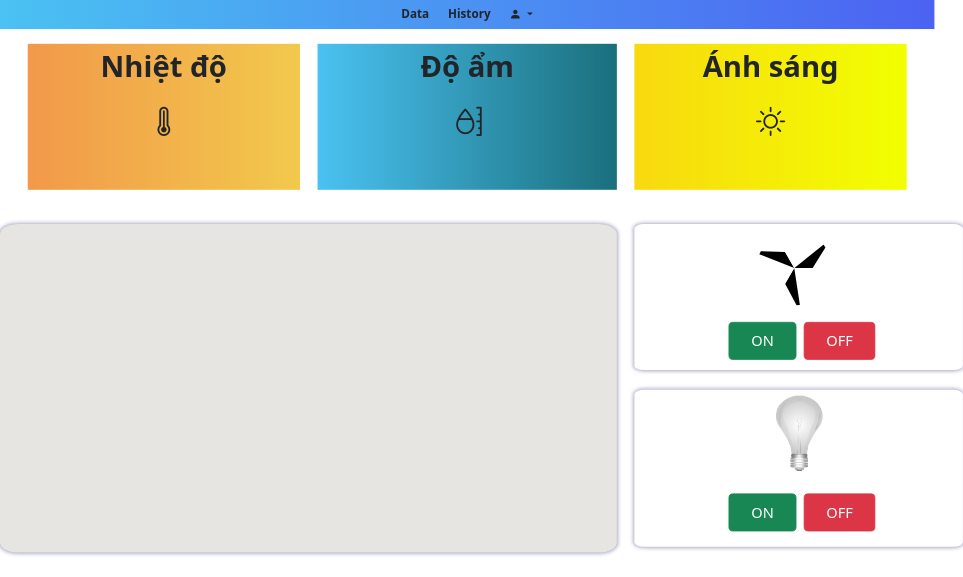
Repository: ndmq03102002/BTL_IOT
Page: Fontend_IOT/iot/index.html
These files come from the project's save history. The page is drawn as it stood at one moment and after the next save; the edit follows.
The browser window is 1280 px wide. The page is 1319 px wide, then 1280 px, then 1319 px, so the pictures cover 1319 px, including what lies to the right of the window. The pictures show the whole page, at 73% of full size.
The page's requests for data from a server got no answer.

Above is the page before, as saved 2023-11-04 20:29:21.

### Fontend_IOT/iot/index.html
<!DOCTYPE html>
<html lang="en">
<head>
    <meta charset="UTF-8">
    <meta name="viewport" content="width=device-width, initial-scale=1.0">
    <title>Document</title>
    <link rel="stylesheet" href="style.css">
    <link rel="stylesheet" href="bootstrap/css/bootstrap.css">
    <script src="https://cdnjs.cloudflare.com/ajax/libs/Chart.js/2.9.4/Chart.js"></script>
    <!-- <script src="https://kit.fontawesome.com/1be2f108e2.js" crossorigin="anonymous"></script> -->
    <link rel="stylesheet" href="https://cdn.jsdelivr.net/npm/bootstrap-icons@1.10.5/font/bootstrap-icons.css">
    <!-- <link rel="stylesheet" href="https://cdnjs.cloudflare.com/ajax/libs/font-awesome/6.0.0/css/all.min.css" integrity="sha512-9usAa10IRO0HhonpyAIVpjrylPvoDwiPUiKdWk5t3PyolY1cOd4DSE0Ga+ri4AuTroPR5aQvXU9xC6qOPnzFeg==" crossorigin="anonymous" referrerpolicy="no-referrer" />  -->
</head>
<header style="width: 100%; height: 40px; margin :auto;background: linear-gradient(to right, #4ac2f2, #4c62f2)">
    <div class="col-sm-12 data">
        <a href="data.html" class="btn" style="font-weight: bold;">Data</a>
        <a href="history.html" class="btn" style="font-weight: bold;">History</a>
        <div class="btn-group" >
            <a class="btn btn-white dropdown-toggle"  href="#" role="button" data-bs-toggle="dropdown" aria-expanded="false">
                <i class="bi bi-person-fill"></i>
            </a>
            <ul class="dropdown-menu">
                <li><a href="javascript:" class="dropdown-item"><i class="bi bi-person"></i> MSV: B20DCCN567</a></li>
                <li><a href="javascript:" class="dropdown-item"><i class="bi bi-phone"></i> Phone: 0961264306</a></li>
                <li><a href="message.html" class="dropdown-item"><i class="bi bi-envelope"></i> Email: Nguyendinhmanhquynh@gmail.com</a></li>
            </ul>
          </div>
    </div>
</header>
<body>
     <div  style="background-color:white;height:700px; margin-bottom: 50px;">
        <div class="row">
            <div  class="col-sm-4 col-pd"style="padding-left: 50px;" >
                <div class="block1 block-size">
                        <p >Nhiệt độ</p>
                        <p style="display: inline; " class="count1"></p>
                        <span><i class="bi bi-thermometer-high"></i></span>
                </div>
            </div>
            <div class="col-sm-4 col-pd">
                <div class="block2 block-size">
                    <p> Độ ẩm</p>
                    <p style="display: inline;" class="count2"></p>
                    <span> <i class="bi bi-moisture"></i></span>
                </div>
            </div>
            <div class="col-sm-4 col-pd" style="padding-right: 50px;">
                <div class="block3 block-size">
                    <p>Ánh sáng</p>
                    <p style="display: inline;" class="count3"></p>
                    <span> <i class="bi bi-brightness-high"></i></span>
                </div>
            </div>

            <div class="col-sm-8" >
                <div class="block" style="height: 450px;width: auto; float:right;">
                    <canvas id="myChart" style="border-radius: 3%; width:100%;height: 100%;background-color: rgb(231, 229, 226);"></canvas>
                </div>
            </div>

            <div class="col-sm-4 ">
                <div class="block block-size" style=" background-color: white; height: 200px; width: 450px; float: left; display: flex; justify-content: center; align-items: center;">
                    <div class="fan">
                        <div class="blade blade-1"></div>
                        <div class="blade blade-2"></div>
                        <div class="blade blade-3"></div>
                        <div class="stand"></div>
                    </div>
                    <div class="button" style="margin-top:120px; margin-right: 120px;">
                        <button class="btn btn-success onLed1 " style="--bs-btn-padding-y: 10px; --bs-btn-padding-x: 30px; --bs-btn-font-size: 20px; ">ON</button>
                         <button class="btn btn-danger offLed1"  style="--bs-btn-padding-y: 10px; --bs-btn-padding-x: 30px; --bs-btn-font-size: 20px;">OFF</button>
                    </div>
                </div>
                <div class="block block-size" style="background-color: white; margin-bottom: 20px; height: 215px; width: 450px; float: left; display: flex; justify-content: center; align-items: center;">
                    <div class="light" >
                        <img src="image/light_off.png" class="img1"/>
                    </div>
                    <div class="button"  style="margin-top:120px; margin-right: 120px;">
                        <button class="btn btn-success onLed2 "  style="--bs-btn-padding-y: 10px; --bs-btn-padding-x: 30px; --bs-btn-font-size: 20px; ">ON</button>
                         <button class="btn btn-danger offLed2"  style="--bs-btn-padding-y: 10px; --bs-btn-padding-x: 30px; --bs-btn-font-size: 20px;">OFF</button>
                    </div>
                </div>

            </div>
        </div>
    </div>
    <p>

    <script src="https://cdn.jsdelivr.net/npm/axios/dist/axios.min.js"></script>
    <script src="./app.js"></script>
    <script src="jquery.js"></script>
    <script src="popper.min.js"></script>
    <script src="bootstrap/js/bootstrap.min.js"></script>
</body>
</html>

### Fontend_IOT/iot/style.css
html {
  margin: 0;
  padding: 0;
}
.data {
  display: flex;
  justify-content: center;
  align-items: center;
}
.data a:hover{
  color: white;
}

.block {
  width: 100%;
  height: 200px;
  margin-right: 0px;
  margin-bottom: 27px;
  background-color: #9fb4d0;

  box-shadow: 0px 0px 5px 2px rgba(97, 95, 151, 0.47);
  border-radius: 3%;
}
.block1 {
  width: 100%;
  height: 200px;
  margin-right: 0px;
  margin-bottom: 27px;
  background: linear-gradient(to right, #f2994a, #f2c94c);
}
.block2 {
  width: 100%;
  height: 200px;
  margin-right: 0px;
  margin-bottom: 27px;
  background: linear-gradient(to right, #4ac2f2, #1a6f7c);
}
.block3 {
  width: 100%;
  height: 200px;
  margin-right: 0px;
  margin-bottom: 27px;
  background: linear-gradient(to right, #f8d90f, #f2ff00);
}
.block4 {
  width: 100%;
  height: 200px;
  margin-right: 0px;
  margin-bottom: 27px;
  background: linear-gradient(to right, #f8d90f, #f2ff00);
}
.abc {
  margin-bottom: 30px;
}
.col-pd {
  padding: 20px;
}
.block-size {
  font-size: 40px;
  font-weight: bold;
  text-align: center;
}
.fan {
  width: 200px;
  height: 200px;
  position: relative;
}

.blade {
  width: 0;
  height: 0;
  position: absolute;
  top: 10%;
  left: 170%;
  transform-origin: 0 50%;
  background-color: #000000;
  border-radius: 50%;
}

.blade-1 {
  width: 50px;
  height: 80px;
  clip-path: polygon(0 50%, 100% 0, 50% 50%);
  transform: rotate(0deg);
  /* animation: rotateFan1 1s linear infinite; */
}

.blade-2 {
  width: 50px;
  height: 80px;
  clip-path: polygon(0 50%, 100% 0, 50% 50%);
  transform: rotate(120deg);
  /* animation: rotateFan2 1s linear infinite; */
}

.blade-3 {
  width: 50px;
  height: 80px;
  clip-path: polygon(0 50%, 100% 0, 50% 50%);
  transform: rotate(240deg);
  /* animation: rotateFan3 1s linear infinite; */
}

@keyframes rotateFan2 {
  to {
    transform: rotate(480deg);
  }
}
@keyframes rotateFan1 {
  to {
    transform: rotate(360deg);
  }
}
@keyframes rotateFan3 {
  to {
    transform: rotate(600deg);
  }
}
.button {
  display: flex;
  flex-direction: row;
  justify-content: space-between;
}

.button .btn-success {
  margin-right: 10px; /* Thêm khoảng cách bên phải cho nút "ON" */
}
.light {
  width: 200px;
  height: 200px;
}
.light img {
  width: 50%;
  height: auto;
  margin-left: 150%;
}
.gas {
  width: 200px;
  height: 200px;
}
.gas img {
  width: 50%;
  height: auto;
  margin-left: 150%;
}

.warning {
  animation: blinkAnimation 0.2s infinite;
}
@keyframes blinkAnimation {
  0%, 100% {
      background-image: linear-gradient(to right,#410505, #420404);
  }
  50% {
      background-image: linear-gradient(to right,#c0b0b0, #c5b6b6);
  }
}

### Fontend_IOT/iot/app.js
let Listbox = document.querySelectorAll(".block-size");
let box1 = Listbox[0];
let box2 = Listbox[1];
let box3 = Listbox[2];




let countTemp = document.querySelector(".count1").innerText
let countHum = document.querySelector(".count2").innerText
let countLight = document.querySelector(".count3").innerText
let count = 0;

function changeTemp() {
  if (countTemp <= 30) {
    box1.style.background = "linear-gradient(to right, #f8d90f, #f2ff00)";
  } else {
    box1.style.background = "linear-gradient(to right, #ff7f00, #ffcc00";
  }
}
function changeHum() {
  if (countHum <= 30) {
    box2.style.background = "linear-gradient(to right, #4ac2f2, #b3e6fc";
  }
  else {
    box2.style.background = "linear-gradient(to right, #4ac2f2, #1a6f7c)";
  }
}
function changeLight() {
  if (countLight < 800) {
    box3.style.background = "linear-gradient(to right, #f8d90f, #f2ff00)";
  }
  else {
    box3.style.background = "linear-gradient(to right, #f2994a, #f2c94c)";
  }
}



function getData() {
  fetch("http://localhost:8080/all")
    .then(function (response) {
      return response.json();
    })
    .then(function (posts) {
      const temp = [];
      const hum = [];
      const light = [];
      const time =[];
      for(let key of posts){
        temp.push(key.temp)
        hum.push(key.hum)
        light.push(key.light)
        time.push(key.time)
        }
      // hiển thị nhiệt độ
      countTemp = document.querySelector(".count1").innerText =
        temp[temp.length - 1];
      countHum = document.querySelector(".count2").innerText =
        hum[hum.length - 1];
      countLight = document.querySelector(".count3").innerText =
        light[light.length - 1];

        changeTemp();
        changeHum();
        changeLight();


      //hiển thị đồ thị
        new Chart("myChart", {
          type: "line",
          data: {
            labels: time,
            datasets: [
              {
                label: "Temperature",
                data: temp,
                borderColor: "red",
                yAxisID: "temperature-y-axis",
                fill: false,
              },
              {
                label: "Humidity",
                data: hum,
                borderColor: "blue",
                yAxisID: "temperature-y-axis",
                fill: false,
              },
              {
                label: "Light",
                data: light,
                borderColor: "yellow",
                yAxisID: "light-y-axis",
                fill: false,
              },
            ],
          },
          options: {
            legend: { display: true },
            scales: {
              yAxes: [
                {
                  id: "temperature-y-axis", // Đặt ID cho trục tung nhiệt độ
                  position: "left",
                  ticks: {
                    min: 0, // Giá trị tối thiểu trên trục tung nhiệt độ
                    max: 100, // Giá trị tối đa trên trục tung nhiệt độ
                    stepSize: 10, // Bước giữa các giá trị
                  },
                  scaleLabel: {
                    display: true,
                    labelString: "Temperature (°C)",
                  },
                },
                {
                  id: "light-y-axis", // Đặt ID cho trục tung ánh sáng
                  position: "right",
                  ticks: {
                    min: 0, // Giá trị tối thiểu trên trục tung ánh sáng
                    max: 1200, // Giá trị tối đa trên trục tung ánh sáng
                    stepSize: 100, // Bước giữa các giá trị
                  },
                  scaleLabel: {
                    display: true,
                    labelString: "Light (lux)",
                  },
                },
              ],
            },
          },
        });

    })
    .catch(function (err) {
      console.log(err);
    });
}
setInterval(getData,5000)
function OnFan() {
  const blade1 = (document.querySelector(".blade-1").style.animation =
    "rotateFan1 1s linear infinite");
  const blade2 = (document.querySelector(".blade-2").style.animation =
    "rotateFan2 1s linear infinite");
  const blade3 = (document.querySelector(".blade-3").style.animation =
    "rotateFan3 1s linear infinite");
}
function OffFan() {
  const blade1 = document
    .querySelector(".blade-1")
    .style.removeProperty("animation");
  const blade2 = document
    .querySelector(".blade-2")
    .style.removeProperty("animation");
  const blade3 = document
    .querySelector(".blade-3")
    .style.removeProperty("animation");
}
function OnLight() {
  let img = document.querySelector('.img1');
  img.src = 'image/light_on.png';
}
function OffLight() {
  let img = document.querySelector('.img1');
  img.src = 'image/light_off.png';
}



function controlLed(ledCommand, onCallback, offCallback) {
  const postData = `Control/led,${ledCommand}`;

  const requestOptions = {
      method: "POST",
      headers: {
          "Content-Type": "application/text"
      },
      body: JSON.stringify(postData)
  };

  fetch("http://localhost:8080/led", requestOptions)
      .then(data => {
          if (ledCommand.startsWith("on")) {
              onCallback();
          } else {
              offCallback();
          }
      })
      .catch(error => {
          console.error("Lỗi: ", error);
      });
}

document.querySelector(".onLed1").addEventListener("click", function() {
  controlLed("onled1", OnFan, OffFan);
});

document.querySelector(".offLed1").addEventListener("click", function() {
  controlLed("offled1", OnFan, OffFan);
});

document.querySelector(".onLed2").addEventListener("click", function() {
  controlLed("onled2", OnLight, OffLight);
});

document.querySelector(".offLed2").addEventListener("click", function() {
  controlLed("offled2", OnLight, OffLight);
});

Loaded but not shown: Fontend_IOT/iot/bootstrap/css/bootstrap.css (library); Fontend_IOT/iot/jquery.js (library); Fontend_IOT/iot/popper.min.js (library); Fontend_IOT/iot/bootstrap/js/bootstrap.min.js (library)

After the next save:
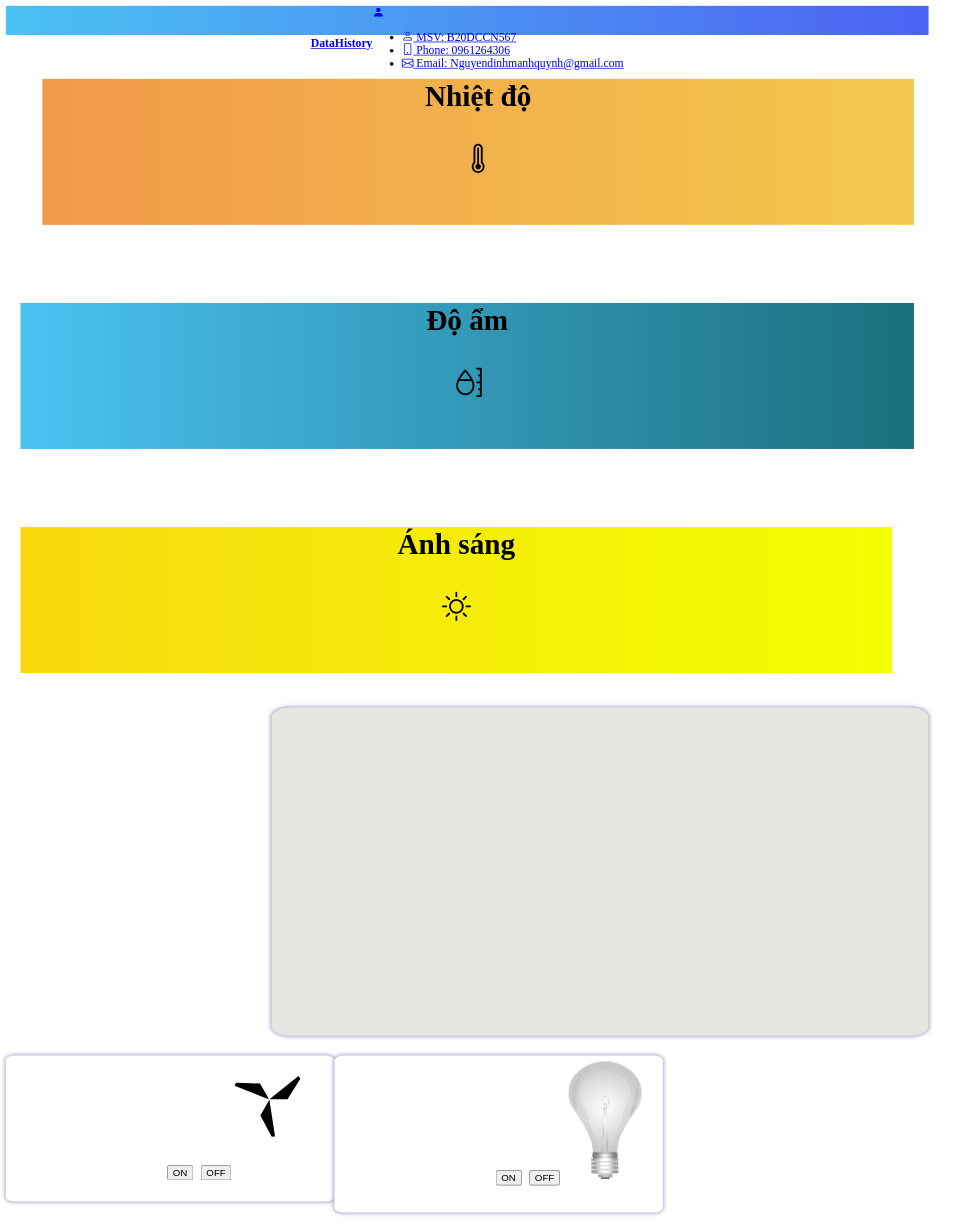
Saved 73 s later.
--- a/Fontend_IOT/iot/index.html
+++ b/Fontend_IOT/iot/index.html
@@ -5,7 +5,7 @@
     <meta name="viewport" content="width=device-width, initial-scale=1.0">
     <title>Document</title>
     <link rel="stylesheet" href="style.css">
-    <link rel="stylesheet" href="bootstrap/css/bootstrap.css">
+    <!-- <link rel="stylesheet" href="bootstrap/css/bootstrap.css"> -->
     <script src="https://cdnjs.cloudflare.com/ajax/libs/Chart.js/2.9.4/Chart.js"></script>
     <!-- <script src="https://kit.fontawesome.com/1be2f108e2.js" crossorigin="anonymous"></script> -->
     <link rel="stylesheet" href="https://cdn.jsdelivr.net/npm/bootstrap-icons@1.10.5/font/bootstrap-icons.css">

After the save that followed:
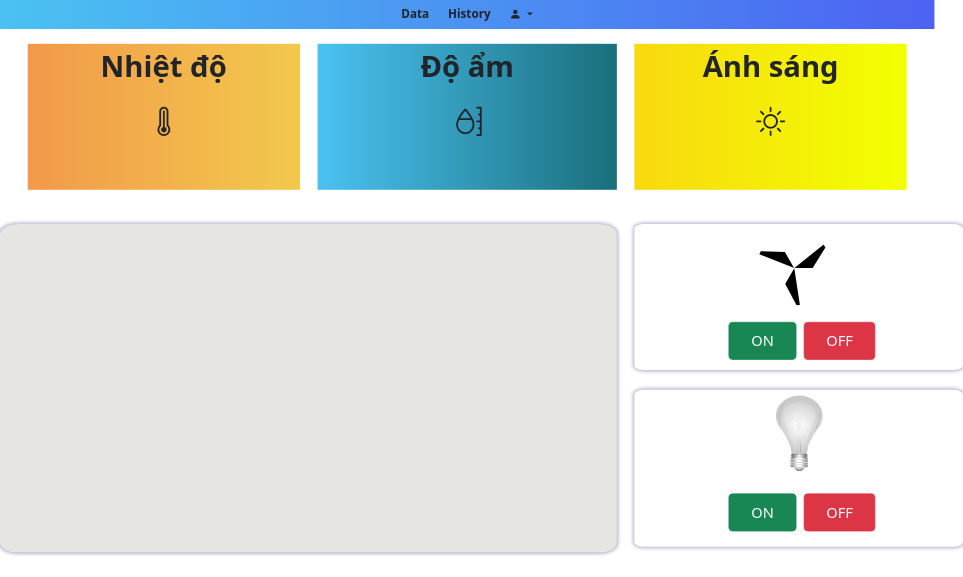
Saved 58 s later.
--- a/Fontend_IOT/iot/index.html
+++ b/Fontend_IOT/iot/index.html
@@ -5,7 +5,7 @@
     <meta name="viewport" content="width=device-width, initial-scale=1.0">
     <title>Document</title>
     <link rel="stylesheet" href="style.css">
-    <!-- <link rel="stylesheet" href="bootstrap/css/bootstrap.css"> -->
+    <link rel="stylesheet" href="bootstrap/css/bootstrap.css">
     <script src="https://cdnjs.cloudflare.com/ajax/libs/Chart.js/2.9.4/Chart.js"></script>
     <!-- <script src="https://kit.fontawesome.com/1be2f108e2.js" crossorigin="anonymous"></script> -->
     <link rel="stylesheet" href="https://cdn.jsdelivr.net/npm/bootstrap-icons@1.10.5/font/bootstrap-icons.css">
